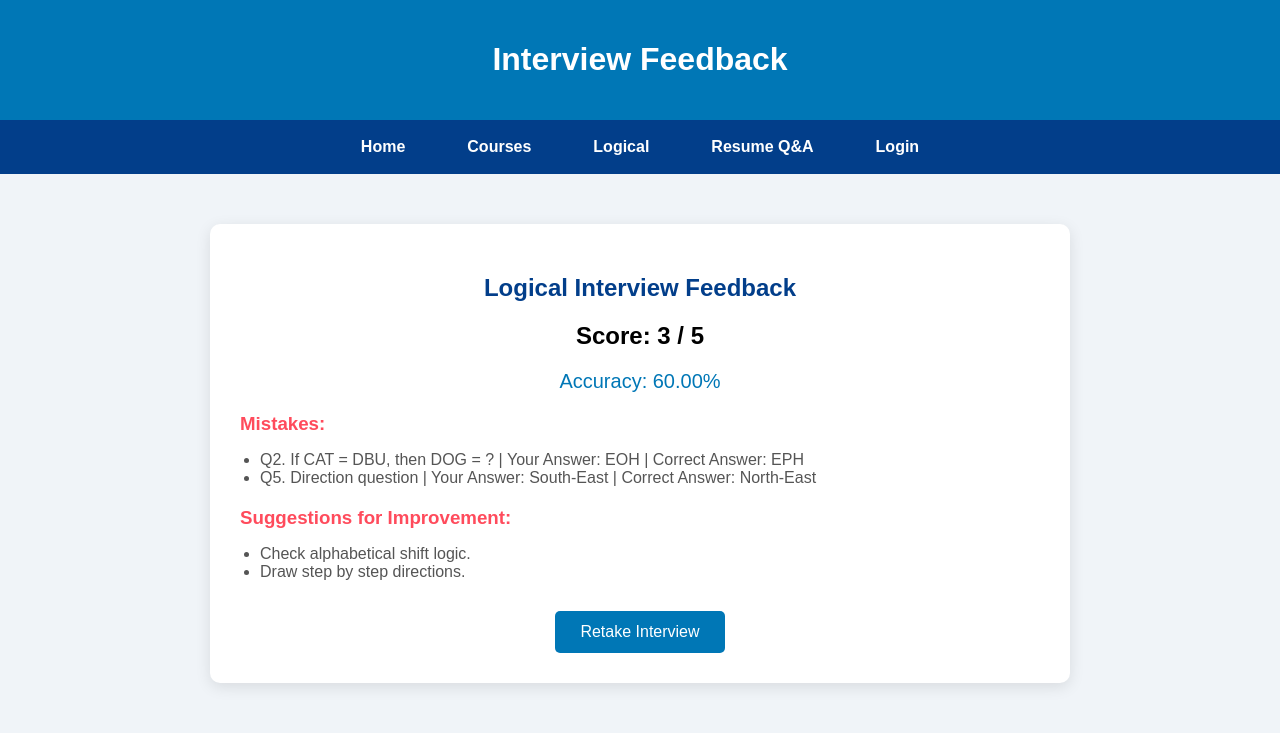
Repository: Mathin04/Online-Interview-Platform-
Page: urls/feedback.html
The author's editor kept a copy of each file at every save. The page is drawn from the files as they stood at one save, then again after the next save.
The browser window is 1280 px wide. The pictures show the whole page.

Above is the page before, as saved 2025-10-08 14:06:54.

### urls/feedback.html
<!DOCTYPE html>
<html lang="en">
<head>
  <meta charset="UTF-8">
  <title>Feedback | M-Terview</title>
  <style>
    body {
      font-family: Arial, sans-serif;
      margin: 0;
      padding: 0;
      background: #f0f4f8;
    }

    header {
      padding: 20px;
      background: #0077b6;
      color: white;
      text-align: center;
    }

    nav {
      display: flex;
      justify-content: center;
      background: #023e8a;
      padding: 10px 0;
    }

    nav a {
      margin: 0 15px;
      color: white;
      text-decoration: none;
      font-weight: bold;
      padding: 8px 16px;
      border-radius: 5px;
      transition: 0.3s;
    }

    nav a:hover {
      background: #0077b6;
    }

    .feedback-container {
      max-width: 800px;
      margin: 50px auto;
      background: white;
      padding: 30px;
      border-radius: 10px;
      box-shadow: 0 4px 15px rgba(0,0,0,0.1);
    }

    h2 {
      color: #023e8a;
      text-align: center;
      margin-bottom: 20px;
    }

    .score {
      font-size: 24px;
      font-weight: bold;
      text-align: center;
      margin-bottom: 20px;
    }

    .percentage {
      font-size: 20px;
      text-align: center;
      margin-bottom: 20px;
      color: #0077b6;
    }

    .mistakes, .suggestions {
      margin-top: 20px;
    }

    .mistakes h3, .suggestions h3 {
      margin-bottom: 10px;
      color: #ff4b5c;
    }

    .mistakes ul, .suggestions ul {
      list-style: disc;
      padding-left: 20px;
      color: #555;
    }

    button {
      display: block;
      margin: 30px auto 0;
      padding: 12px 25px;
      background: #0077b6;
      color: white;
      border: none;
      border-radius: 5px;
      font-size: 16px;
      cursor: pointer;
      transition: 0.3s;
    }

    button:hover {
      background: #023e8a;
    }
  </style>
</head>
<body>

<header>
  <h1>Interview Feedback</h1>
</header>

<nav>
  <a href="../index.html">Home</a>
  <a href="courses.html">Courses</a>
  <a href="logical.html">Logical</a>
  <a href="resume.html">Resume Q&A</a>
  <a href="login.html">Login</a>
</nav>

<div class="feedback-container" id="feedback">
  <h2 id="interviewTypeTitle">Your Interview Feedback</h2>

  <div class="score" id="score">Score: 0 / 0</div>
  <div class="percentage" id="percentage">Accuracy: 0%</div>

  <div class="mistakes" id="mistakes">
    <h3>Mistakes:</h3>
    <ul></ul>
  </div>

  <div class="suggestions" id="suggestions">
    <h3>Suggestions for Improvement:</h3>
    <ul></ul>
  </div>

  <button id="retakeBtn">Retake Interview</button>
</div>

<script>
  // Sample interview data for demonstration
  const interviews = {
    logical: {
      totalQuestions: 5,
      correctAnswers: 3,
      wrongAnswers: [
        { question: "Q2. If CAT = DBU, then DOG = ?", yourAnswer: "EOH", correctAnswer: "EPH", suggestion: "Check alphabetical shift logic." },
        { question: "Q5. Direction question", yourAnswer: "South-East", correctAnswer: "North-East", suggestion: "Draw step by step directions." }
      ]
    },
    resume: {
      totalQuestions: 4,
      correctAnswers: 2,
      wrongAnswers: [
        { question: "Resume Q1", yourAnswer: "Incorrect format", correctAnswer: "Proper format", suggestion: "Use bullet points and correct tense." },
        { question: "Resume Q2", yourAnswer: "Missed skill", correctAnswer: "Include skill", suggestion: "Always list relevant skills." }
      ]
    },
    courses: {
      totalQuestions: 3,
      correctAnswers: 2,
      wrongAnswers: [
        { question: "Course Q1", yourAnswer: "Wrong concept", correctAnswer: "Correct concept", suggestion: "Review basics again." }
      ]
    }
  };

  // Get interview type from URL ?type=logical/resume/courses
  const urlParams = new URLSearchParams(window.location.search);
  const interviewType = urlParams.get('type') || 'logical'; // default to logical

  // Set title dynamically
  document.getElementById("interviewTypeTitle").textContent = `${interviewType.charAt(0).toUpperCase() + interviewType.slice(1)} Interview Feedback`;

  // Get relevant data
  const data = interviews[interviewType];

  // Display feedback
  const scoreElem = document.getElementById("score");
  const percentageElem = document.getElementById("percentage");
  const mistakesList = document.getElementById("mistakes").querySelector("ul");
  const suggestionsList = document.getElementById("suggestions").querySelector("ul");

  const score = data.correctAnswers;
  const total = data.totalQuestions;
  const accuracy = ((score / total) * 100).toFixed(2);

  scoreElem.textContent = `Score: ${score} / ${total}`;
  percentageElem.textContent = `Accuracy: ${accuracy}%`;

  data.wrongAnswers.forEach(item => {
    const liMistake = document.createElement("li");
    liMistake.textContent = `${item.question} | Your Answer: ${item.yourAnswer} | Correct Answer: ${item.correctAnswer}`;
    mistakesList.appendChild(liMistake);

    const liSuggestion = document.createElement("li");
    liSuggestion.textContent = item.suggestion;
    suggestionsList.appendChild(liSuggestion);
  });

  // Retake button redirects to the same interview
  document.getElementById("retakeBtn").onclick = () => {
    if (interviewType === 'logical') window.location.href = "logical.html";
    else if (interviewType === 'resume') window.location.href = "resume.html";
    else if (interviewType === 'courses') window.location.href = "courses.html";
  };
</script>

</body>
</html>

After the next save:
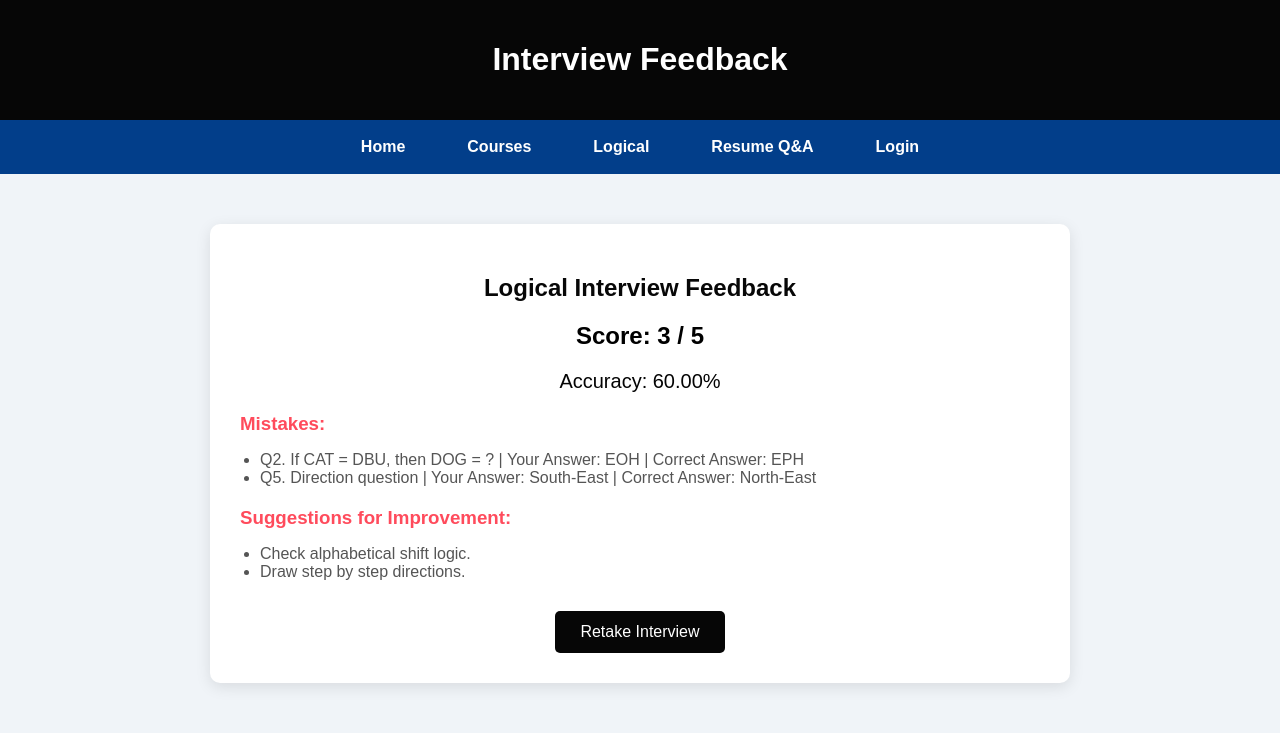
Saved 2 min 43 s later.
--- a/urls/feedback.html
+++ b/urls/feedback.html
@@ -13,7 +13,7 @@
 
     header {
       padding: 20px;
-      background: #0077b6;
+      background: #060606;
       color: white;
       text-align: center;
     }
@@ -36,7 +36,7 @@
     }
 
     nav a:hover {
-      background: #0077b6;
+      background: #0b0b0b;
     }
 
     .feedback-container {
@@ -49,7 +49,7 @@
     }
 
     h2 {
-      color: #023e8a;
+      color: #070707;
       text-align: center;
       margin-bottom: 20px;
     }
@@ -65,7 +65,7 @@
       font-size: 20px;
       text-align: center;
       margin-bottom: 20px;
-      color: #0077b6;
+      color: #040404;
     }
 
     .mistakes, .suggestions {
@@ -87,7 +87,7 @@
       display: block;
       margin: 30px auto 0;
       padding: 12px 25px;
-      background: #0077b6;
+      background: #060606;
       color: white;
       border: none;
       border-radius: 5px;
@@ -97,7 +97,7 @@
     }
 
     button:hover {
-      background: #023e8a;
+      background: #080808;
     }
   </style>
 </head>
